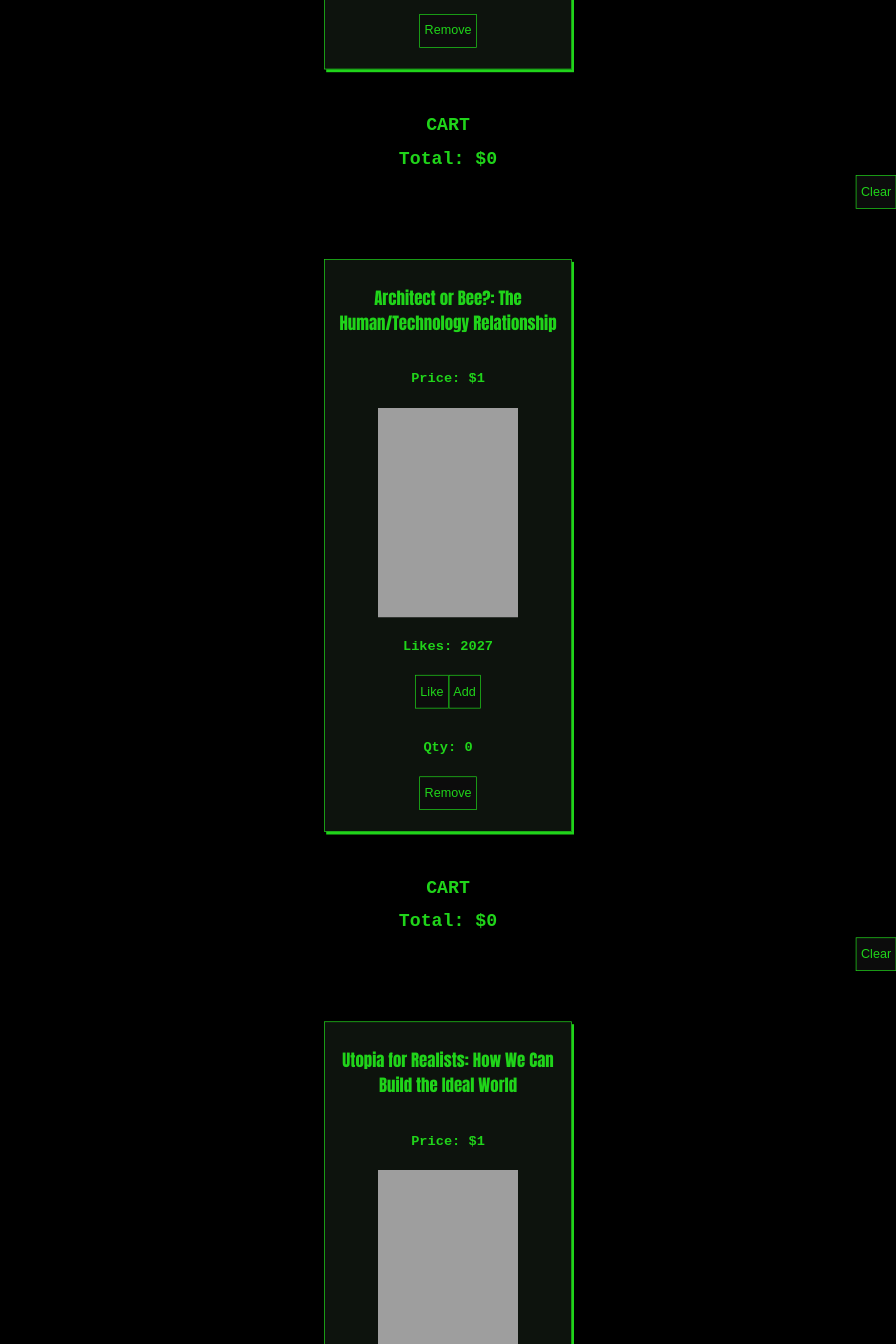
Repository: rvelarden/React-Hooks-UtopianTech-Bookstore
Page: / (app in utopiantech/)
The author's editor kept a copy of each file at every save. The page is drawn from the files as they stood at one save, then again after the next save.
The browser window is 1280 px wide. The pictures show the part of the page from y = 1093 to 3013 px (the page is 9040 px tall before and 8656 px after), at 70% of full size.
Pictures or frames that could not be fetched are drawn as grey boxes. The project was rebuilt for these pictures with package versions that can differ from the ones it lists, and the page was loaded fresh each time. A package was used in the major version that the imports need, not the one package.json lists. Also part of the build but not shown: utopiantech/src/components/Shop.js, utopiantech/src/components/Spanish.js.

Above is the page before, as saved 2021-11-24 14:50:59.

### utopiantech/src/App.js
import React from 'react';
import './App.css';
import { BrowserRouter as Router, Route, Switch } from 'react-router-dom'
import Shop from "./components/Shop";
import Spanish from "./components/Spanish"
import Navbar from "./components/Navbar"
import SearchBar from "./components/SearchBar";
import BookList from './components/BookList';

const allItems = [
  {
    id: 1,
    name: "The Rise and Decline of Patriarchal Systems",
    image: "https://img.thriftbooks.com/api/images/i/m/8ECA8C9BAF351D13622ADFFBFA8A5D4E2BAABAFF.jpg",
    likes: 3359,
    price: 1,
    category: 'Social Studies'
  },
  {
    id: 2,
    name: "Architect or Bee?: The Human/Technology Relationship",
    image: "https://i.pinimg.com/originals/73/73/d8/7373d864a3dcb4534dc00fda64483674.jpg",
    likes: 2027,
    price: 1,
    category: 'Social Studies'
  },
  {
    id: 3,
    name: "Utopia for Realists: How We Can Build the Ideal World",
    image: "https://images-na.ssl-images-amazon.com/images/I/51CJA6QHtKL._SY291_BO1,204,203,200_QL40_FMwebp_.jpg",
    likes: 813,
    price: 1,
    category: 'Computer Science'
  },
  {
    id: 4,
    name: "Ada's Algorithm: How Lord Byron's Daughter ADA Lovelace Launched the Digital Age",
    image: 'https://img.thriftbooks.com/api/images/m/0bb4a32fefff1ec9c627527f6feb36668f62783b.jpg',
    likes: 7777,
    price: 1,
    category: 'Computer Science'
  },
  {
    id: 5,
    name: "Turing's Vision: The Birth of Computer Science (The MIT Press)",
    image: "https://images-na.ssl-images-amazon.com/images/I/411cTz90bFL._SY291_BO1,204,203,200_QL40_FMwebp_.jpg",
    likes: 1000,
    price: 1,
    category: 'Computer Science'
  },
  {
    id: 6,
    name: "Alan Turing: The Enigma: The Centenary Edition",
    image: "https://img.thriftbooks.com/api/images/m/6da6b05beb1f54981b588ee2a84e6f0b13a436f9.jpg",
    likes: 2000,
    price: 1,
    category: 'Computer Science'
  },
  {
    id: 8,
    name: "Ada Lovelace: The Making of a Computer Scientist",
    image: "https://images-na.ssl-images-amazon.com/images/I/51G-h1wZ7xL._SX218_BO1,204,203,200_QL40_FMwebp_.jpg",
    likes: 2000,
    price: 1,
    category: 'Computer Science'
  },
  {
    id: 9,
    name: "If Then: How the Simulmatics Corporation Invented the Future",
    image: "https://images-na.ssl-images-amazon.com/images/I/41wf6nnKIBL._SY291_BO1,204,203,200_QL40_FMwebp_.jpg",
    likes: 8000,
    price: 1,
    category: 'Business'
  }
]

export default class App extends React.Component {


  state = {
    searchText: '',
    books: allItems
  }

  searchBarText = (allItems)=>{
    // console.log(allItems)
    this.setState({
      searchText: allItems
    })
  }
  render(){
    const filteredBooks = this.state.books.filter(filterBook => filterBook.name.toLowerCase().includes(this.state.searchText))
  return (
    <Router>
      <div>
        <Navbar/>
        <div>
        <Switch>
        <Route exact path="/">
        {/* <Shop /> */}
        <SearchBar searchBar={this.searchBarText} searchText={this.state.searchText}/>
        <BookList books={filteredBooks}/>
        </Route>
        <Route path="/spanish">
        <Spanish />
        </Route>
      </Switch>
    </div>
    </div>
    </Router>
  )
}

}

### utopiantech/src/App.css
body {
  margin: 0;
  /* font-family: monospace; */
  background-color: black;
}

#book-header {
  display: flex;
  justify-content: center;
  background: #20d41a;
  opacity: .8;
  height: 7rem;
  padding: 1rem;
}

#book-header img {
  height: 6rem;
  width: auto;
}

#book-collection {
  margin: 2rem;
}

.card {
  text-align: center;
  border: #20d41a solid 1px;
  padding: 1rem;
  width: 20rem;
  height: 49rem;
  display: inline-grid;
  margin: 3rem 5rem;
  box-shadow: 3px 4px #20d41a;
  background-color: #0d130d;
  /* font-family: monospace; */
}

.font-text{
  font-family: Impact, Haettenschweiler, 'Arial Narrow Bold', sans-serif;
  color: #20d41a;
}
.font-text-text{
  font-family: monospace;
  color: #20d41a;
  background-color: black;
}

.book-avatar {
  justify-self: center;
  height: 15rem;
  width: auto;

}
.color-white {
  color:#20d41a
}

button {
  position: relative;
  background-color: #0c0c0c;
  border: none;
  height: 3rem;
  width: max-content;
  color: #20d41a;
  font-size: 18px;
  justify-self: center;
  border: #20d41a solid 1px;
}

.buttonContainer {
  text-align: center;
  padding: 1rem;
}
.textleft {
  text-align: right;
  /* padding: 10rem; */
}

button:hover {
  background-color: rgb(48, 46, 46);
  border: #20d41a solid 1px;
  color: 20d41a;
}

.container {
  padding: 1rem;
  width: stretch;
  height: auto;
  background: #20d41a;
  opacity: .8;
}

.add-book-form {
  width: 80%
}

.submit {
  position: relative;
  background-color: #20d41a;
  height: 2rem;
  width: max-content;
  color: #20d41a;
  font-size: 18px;
  justify-self: center;
  /* font-family: monospace; */
  margin: 3px;
}

.submit:hover {
  background-color: whitesmoke;
  border: #20d41a solid 1px;
  color: #20d41a;
}


.input-text {
  border-radius: 5px;
  height: 2rem;
  width: 60%;
  font-size: 18px;
  font-family: monospace;
  margin: 3px;
  color: #20d41a;
}

.center-text {
  text-align: center;
}

.center-button {
  /* margin: 0; */
  /* position: absolute; */
  /* top: 50%; */
  left: 50%;
  -ms-transform: translate(-50%, -50%);
  transform: translate(-50%, -50%);
}

a{
  /* left: 72%; */
  font-size: 20px;
  /* position:initial; */
  /* margin: 0; */
  font-family: sans-serif;
  /* padding: 0; */
  /* width: 100%; */
  /* display: inline; */
  /* outline: none; */
  /* text-decoration: none; */
  display: inline-block;
  width: 5.5%;
  margin-right: 0.625%;
  text-align: center;
  line-height: 3;
  color: #20d41a;
  margin-right: 0;
  /* background: whitesmokeow; */
  /* border: #1938e7 solid 1px; */
}

a:hover{
  color:#20d41a
}

### utopiantech/src/components/Navbar.js
import React, { Component } from 'react';

const Navbar = ()=>{
    const [cart, setCart] = React.useState([]);
    const cartTotal = cart.reduce((total, { price = 0 }) => total + price, 0);
    return(
        <div>
        <a href='/spanish' >Español</a>
        <a href='/' >English</a>

        <h1 className="center-text font-text-text textleft">CART</h1>
            <h1 className="center-text font-text-text">Total: ${cartTotal}</h1>
            <div>
            <br></br>
            <button className="center-button" onClick={() => setCart([])}>Clear</button>
            </div>
        </div>
    )
}

export default Navbar

### utopiantech/src/components/SearchBar.js
import React, { useCallback, useEffect, useState } from "react";




  const Search = (props) => {


    return (
      <div className="center-text font-text-text">

        <div className="bannersingle" >
              <h1>Find Book Name</h1>
          </div>
        <div >
          <input
           type="text"
           placeholder={"Search"}
           className="searchInput"
           onChange={(e) => props.searchBar(e.target.value)}
          />
        </div>

      </div>
    );
  };

  export default Search;

### utopiantech/src/components/BookList.js
import React, { Component } from "react"
import Book from "./Book.js"
import { Header, Button } from 'semantic-ui-react'

class BookList extends Component {


    render() {
    return (
        <div>
            {this.props.books.map(bookItem => <Book book={bookItem} />)}
        </div>


    )
      }
}

export default BookList

### utopiantech/src/components/Book.js
import React, { Component, useCallback } from 'react';


const allItems = [
    {
      id: 1,
      name: "The Rise and Decline of Patriarchal Systems",
      image: "https://img.thriftbooks.com/api/images/i/m/8ECA8C9BAF351D13622ADFFBFA8A5D4E2BAABAFF.jpg",
      likes: 3359,
      price: 1,
      category: 'Social Studies'
    },
    {
      id: 2,
      name: "Architect or Bee?: The Human/Technology Relationship",
      image: "https://i.pinimg.com/originals/73/73/d8/7373d864a3dcb4534dc00fda64483674.jpg",
      likes: 2027,
      price: 1,
      category: 'Social Studies'
    },
    {
      id: 3,
      name: "Utopia for Realists: How We Can Build the Ideal World",
      image: "https://images-na.ssl-images-amazon.com/images/I/51CJA6QHtKL._SY291_BO1,204,203,200_QL40_FMwebp_.jpg",
      likes: 813,
      price: 1,
      category: 'Computer Science'
    },
    {
      id: 4,
      name: "Ada's Algorithm: How Lord Byron's Daughter ADA Lovelace Launched the Digital Age",
      image: 'https://img.thriftbooks.com/api/images/m/0bb4a32fefff1ec9c627527f6feb36668f62783b.jpg',
      likes: 7777,
      price: 1,
      category: 'Computer Science'
    },
    {
      id: 5,
      name: "Turing's Vision: The Birth of Computer Science (The MIT Press)",
      image: "https://images-na.ssl-images-amazon.com/images/I/411cTz90bFL._SY291_BO1,204,203,200_QL40_FMwebp_.jpg",
      likes: 1000,
      price: 1,
      category: 'Computer Science'
    },
    {
      id: 6,
      name: "Alan Turing: The Enigma: The Centenary Edition",
      image: "https://img.thriftbooks.com/api/images/m/6da6b05beb1f54981b588ee2a84e6f0b13a436f9.jpg",
      likes: 2000,
      price: 1,
      category: 'Computer Science'
    },
    {
      id: 8,
      name: "Ada Lovelace: The Making of a Computer Scientist",
      image: "https://images-na.ssl-images-amazon.com/images/I/51G-h1wZ7xL._SX218_BO1,204,203,200_QL40_FMwebp_.jpg",
      likes: 2000,
      price: 1,
      category: 'Computer Science'
    },
    {
      id: 9,
      name: "If Then: How the Simulmatics Corporation Invented the Future",
      image: "https://images-na.ssl-images-amazon.com/images/I/41wf6nnKIBL._SY291_BO1,204,203,200_QL40_FMwebp_.jpg",
      likes: 8000,
      price: 1,
      category: 'Business'
    }
  ]


const Book = (props) => {
    const [cart, setCart] = React.useState([]);
    const [items, setItems] = React.useState(allItems)
    const [text, setText] = React.useState(false)
    const addToCart = (item) => setCart((currentCart) => [...currentCart, item])
    const cartTotal = cart.reduce((total, { price = 0 }) => total + price, 0);

    const removeFromCart = (item) => {
        setCart((currentCart) => {
          const indexOfItemToRemove = currentCart.findIndex((cartItem) => cartItem.id === item.id);

          if (indexOfItemToRemove === -1) {
            return currentCart;
          }

          return [
            ...currentCart.slice(0, indexOfItemToRemove),
            ...currentCart.slice(indexOfItemToRemove + 1),
          ];
        });
      };

      const amountOfItems = (id) => cart.filter((item) => item.id === id).length;

    const updateLike = useCallback(

        (item) => {
         setItems(items.map(indItem => {
            if (indItem !== item) {
              return indItem
            } else {
              return {...item, likes: item.likes + 1}
            }
          }))
      },
      [], // Tells React to memoize regardless of arguments.
      )


      return(
            <div className="center-text font-text-text">
            <div  key={props.book.id} className="card">
            <div className="font-text"><h2>{`${props.book.name}`}</h2></div>
            <h2>{`Price: $${props.book.price}`}</h2>
            <img src={props.book.image} style={{ width: "200px", height: "300px", objectFit: "cover" }} className="book-avatar" />
            <h2>Likes: {props.book.likes}</h2>
            <div>
            <button disable={items.disable} text={items.text} onClick={()=> updateLike(props.book)}> {text ? "Liked!" : "Like"} </button>
            <button type="submit" onClick={() => addToCart(props.book)}> Add </button>
            </div>
            <div>

            </div>
            <h2>Qty: {amountOfItems(props.book.id)}</h2>
            <button type="submit" onClick={() => removeFromCart(props.book)}> Remove </button>
            </div>
            <h1 className="center-text font-text-text">CART</h1>
            <h1 className="center-text font-text-text">Total: ${cartTotal}</h1>
            <div>
            <br></br>
            <button className="center-button" onClick={() => setCart([])}>Clear</button>
            </div>
            </div>
      )
    }

  export default Book

Loaded but not shown: utopiantech/public/index.html (common file); utopiantech/src/index.js (common file); utopiantech/src/index.css (common file); utopiantech/src/reportWebVitals.js (common file)

After the next save:
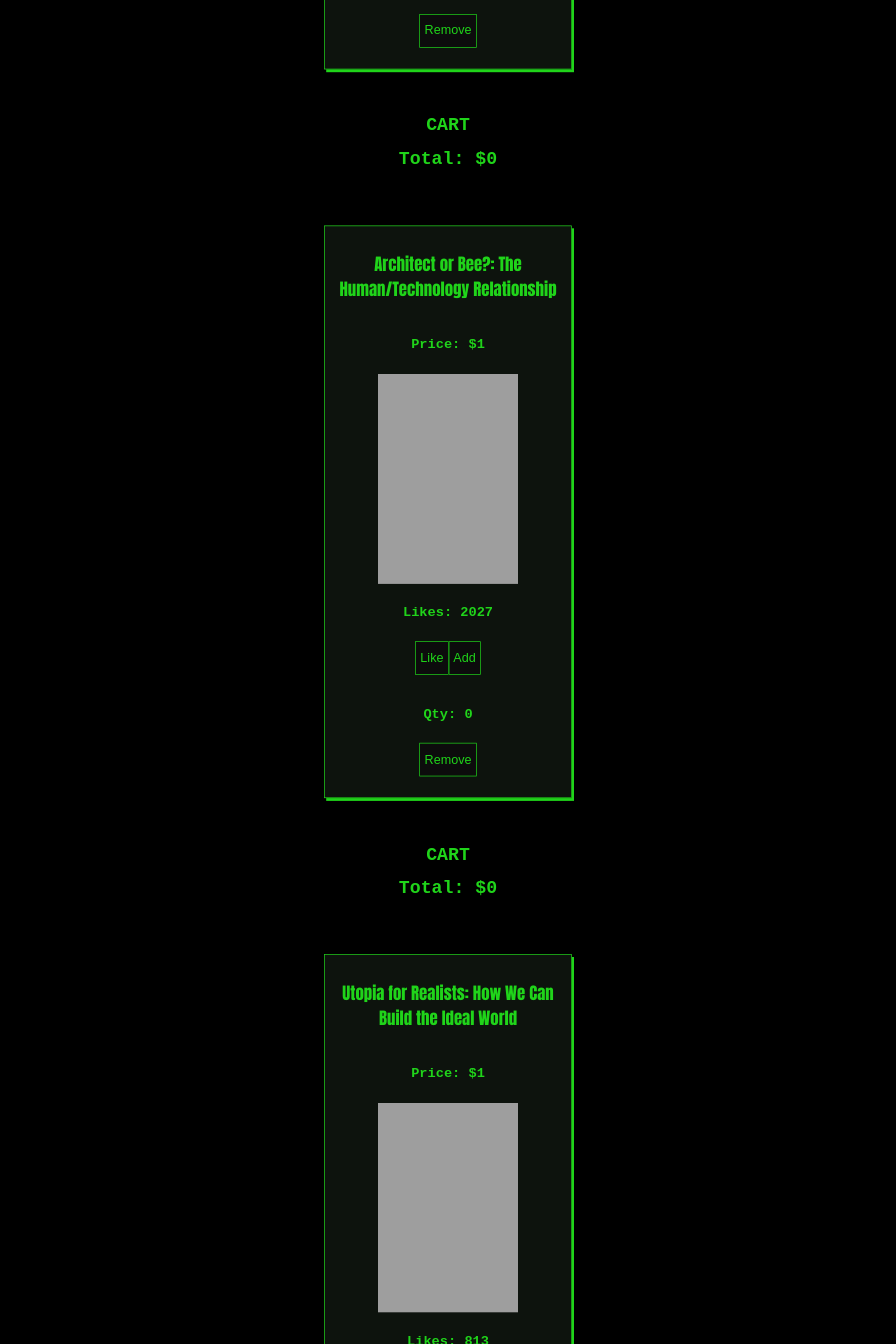
Saved 110 s later.
--- a/utopiantech/src/components/Book.js
+++ b/utopiantech/src/components/Book.js
@@ -129,7 +129,7 @@
             <h1 className="center-text font-text-text">Total: ${cartTotal}</h1>
             <div>
             <br></br>
-            <button className="center-button" onClick={() => setCart([])}>Clear</button>
+            {/* <button className="center-button" onClick={() => setCart([])}>Clear</button> */}
             </div>
             </div>
       )

After the save that followed:
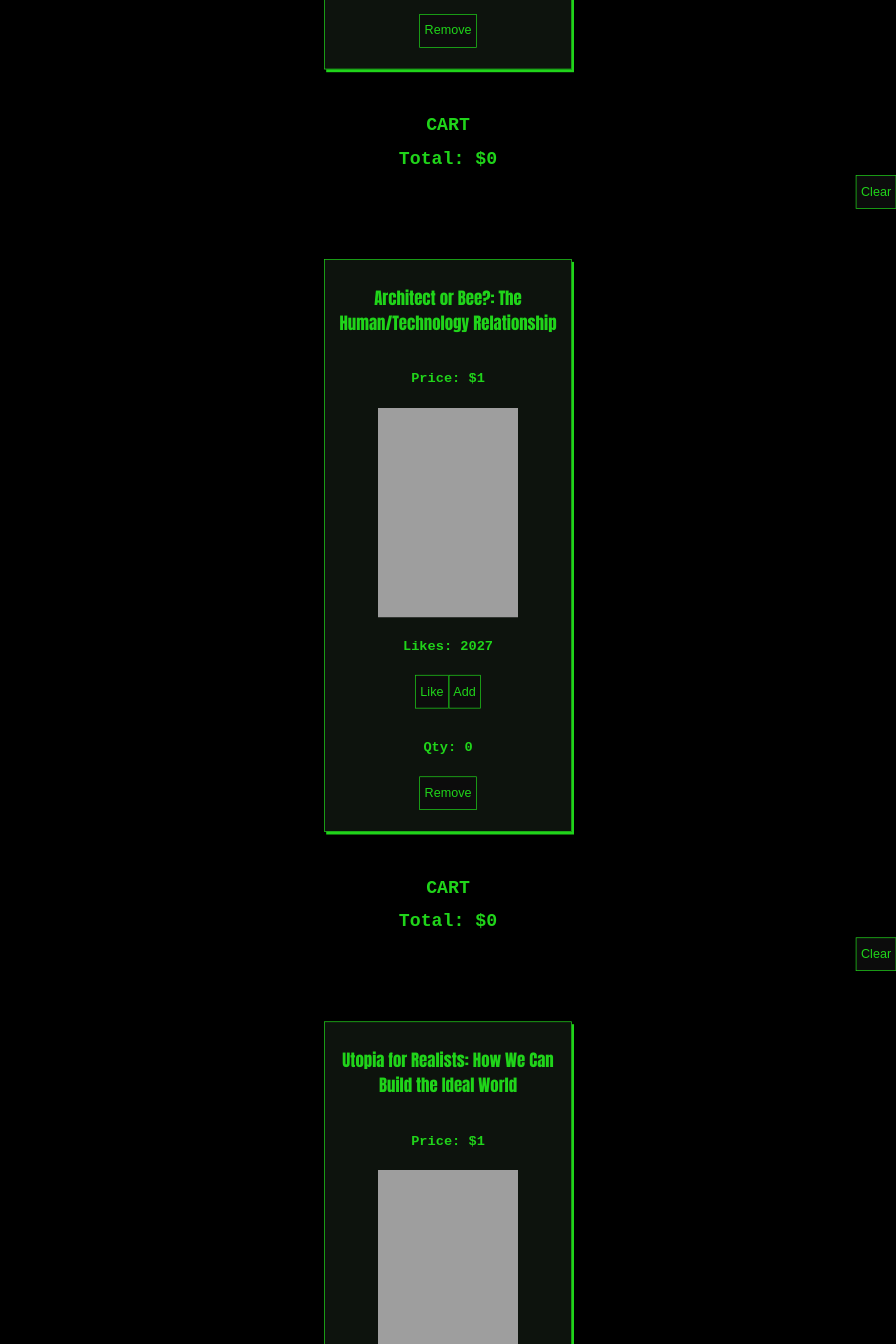
Saved 9 s later.
--- a/utopiantech/src/components/Book.js
+++ b/utopiantech/src/components/Book.js
@@ -129,7 +129,7 @@
             <h1 className="center-text font-text-text">Total: ${cartTotal}</h1>
             <div>
             <br></br>
-            {/* <button className="center-button" onClick={() => setCart([])}>Clear</button> */}
+            <button className="center-button" onClick={() => setCart([])}>Clear</button>
             </div>
             </div>
       )
